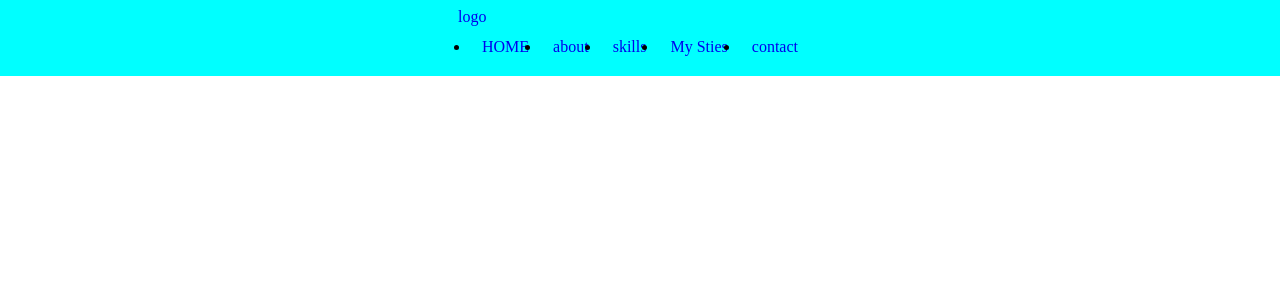
Repository: jun01270/jun
Page: index.html
The author's editor kept a copy of each file at every save. The page is drawn from the files as they stood at one save, then again after the next save.
The browser window is 1280 px wide. The pictures show the whole page.

Above is the page before, as saved 2023-05-08 15:28:50.

After the next save:
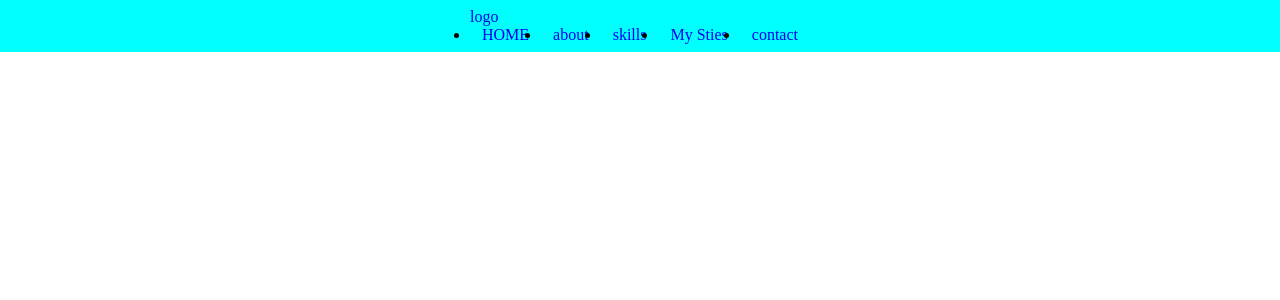
Saved 17 s later.
--- a/main.css
+++ b/main.css
@@ -29,9 +29,9 @@ html{
 
 .menu-bar{
     display: flex;
-    padding: 12px;
 }
 
 .menu-btn{
+    text-decoration: none;
     padding:12px;
 }
